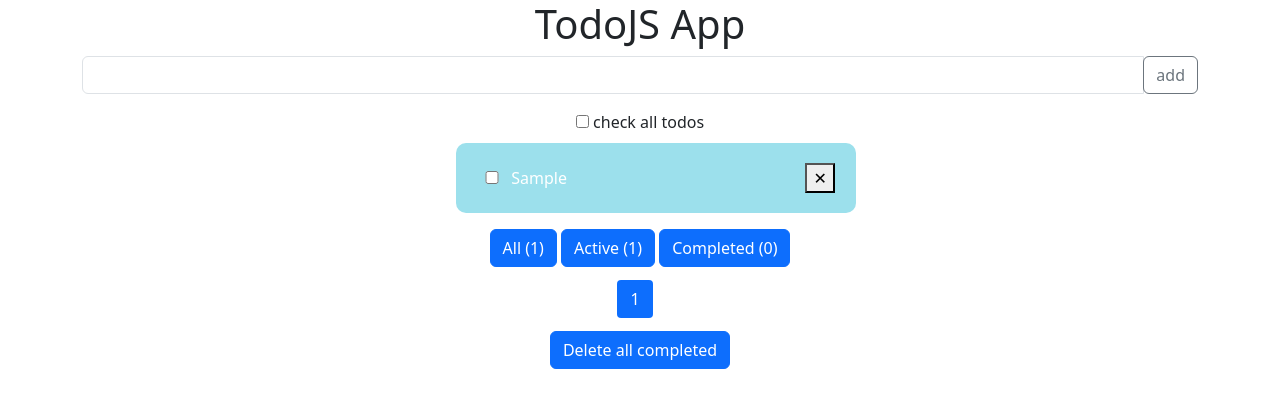
Repository: Wanashka/TodoJS
Page: main.html
The author's editor kept a copy of each file at every save. The page is drawn from the files as they stood at one save, then again after the next save.
The browser window is 1280 px wide. The pictures show the whole page.
Empty fields were first filled with sample values (such as "Sample", 5 or name@example.com).
After loading, the first visible `#button-create-todo` was clicked once.
Some web libraries are served in a nearby version.

Above is the page before, as saved 2023-02-07 16:52:24.

After the next save:
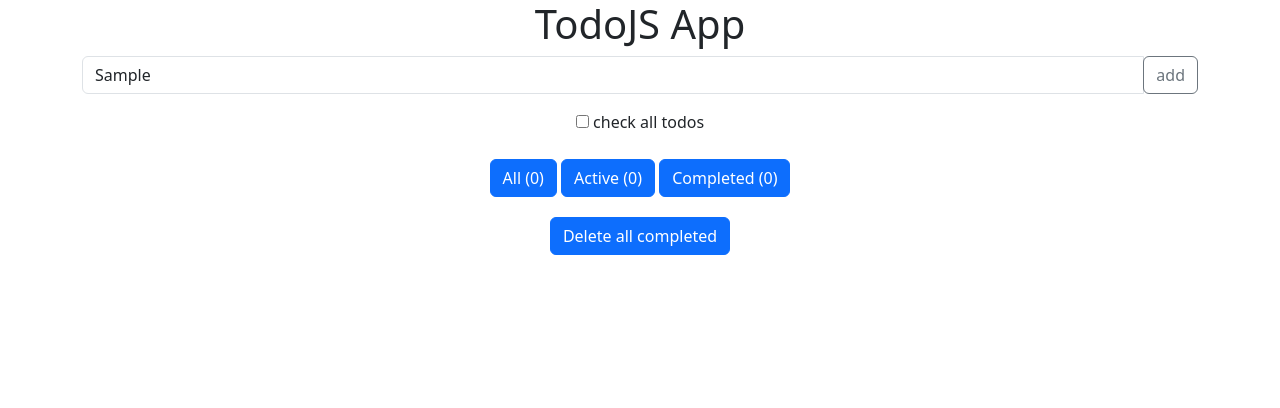
Console error: ReferenceError: arr is not defined
Saved 18 s later.
--- a/App.js
+++ b/App.js
@@ -124,7 +124,7 @@
       checked: false,
     };
     arrTodo.push(newTodo);
-    page =
+    page = Math.ceil(arr.length / rows);
     filtration(arrTodo);
     inputTodo.value = '';
   }

After the save that followed:
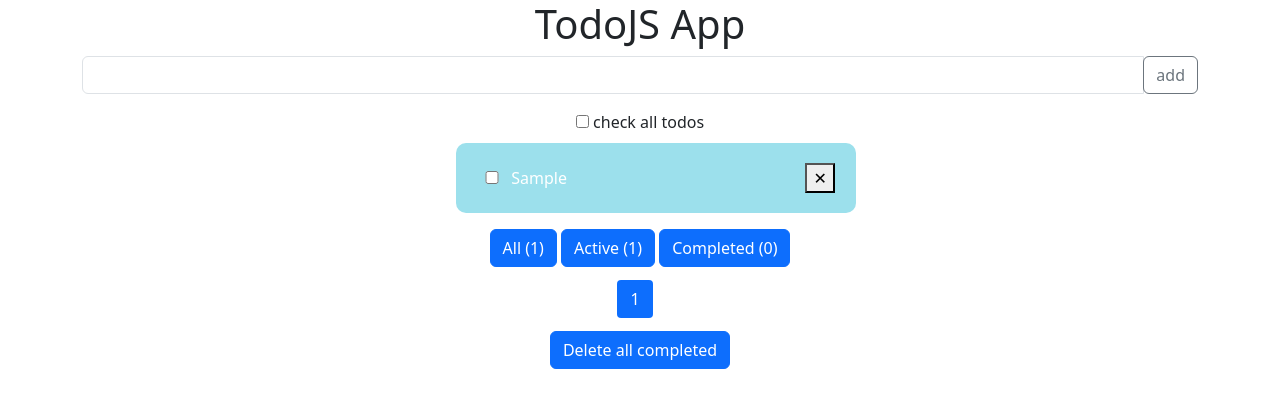
The error is gone.
Saved 11 s later.
--- a/App.js
+++ b/App.js
@@ -124,7 +124,7 @@
       checked: false,
     };
     arrTodo.push(newTodo);
-    page = Math.ceil(arr.length / rows);
+    page = Math.ceil(arrTodo.length / rows);
     filtration(arrTodo);
     inputTodo.value = '';
   }
